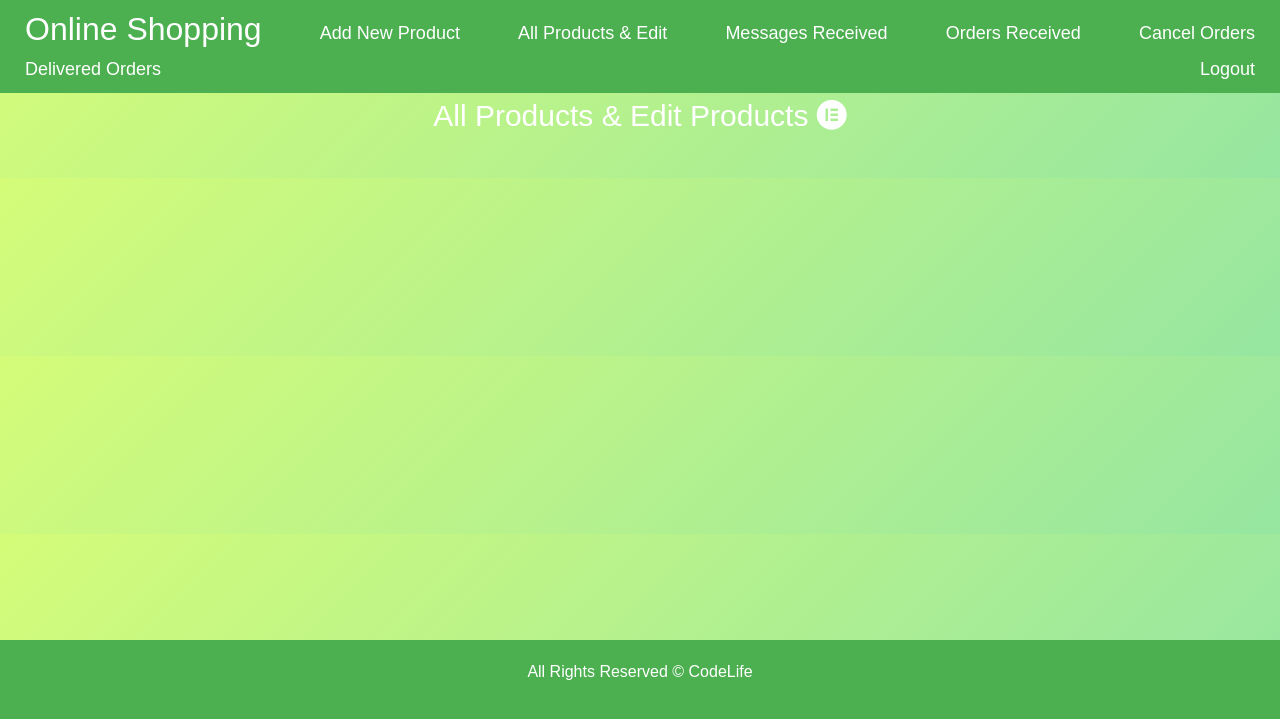
Repository: Dineshbabu290904/DigiMart
Page: http://localhost/DigiMart/admin/allProductEditProduct.jsp
An editor plug-in stored every save of this project. The page is shown before and after the next save, followed by the edit.
The browser window is 1280 px wide. The pictures show the whole page.
Some web libraries are served in a nearby version. The page is served by Tomcat 9. Queries for data that is not in the repository find no rows.

Above is the page before, as saved 2024-10-16 16:25:44.

After the next save:
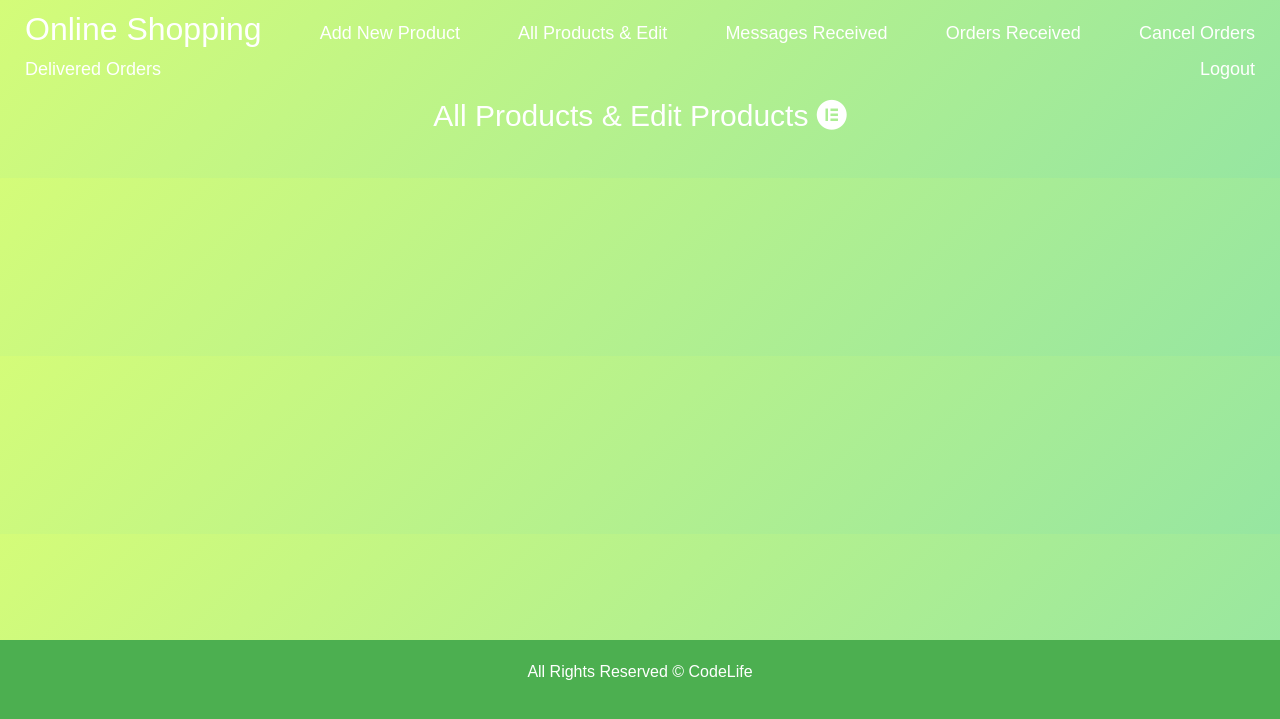
Saved 2 min 2 s later.
--- a/DigiMart/src/main/webapp/admin/adminHeader.jsp
+++ b/DigiMart/src/main/webapp/admin/adminHeader.jsp
@@ -13,7 +13,7 @@
             background: linear-gradient(135deg, #d4fc79 0%, #96e6a1 100%); /* Light green gradient */
         }
         .navbar {
-            background-color: #4caf50; /* Green background for navbar */
+            background-color: linear-gradient(135deg, #a8e6cf, #d0eaff, #ffccd5);
             padding: 10px; /* Padding around navbar */
         }
         .navbar a {

After the save that followed:
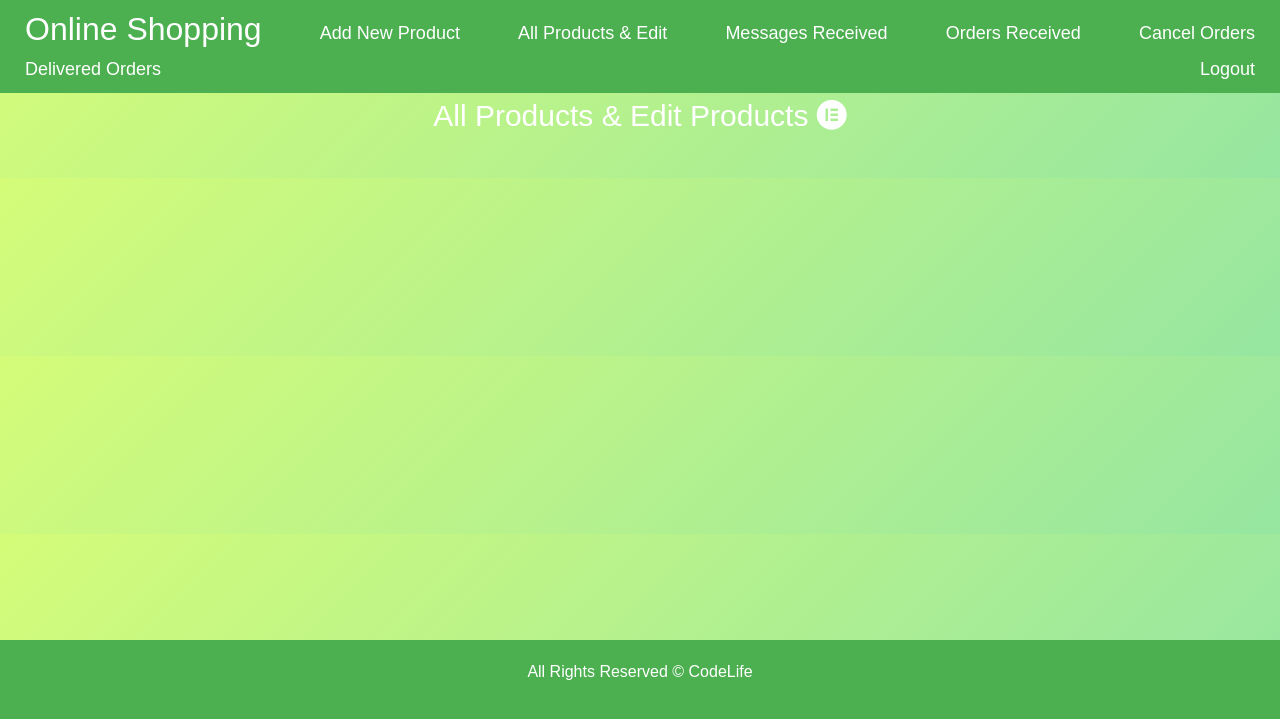
Saved 18 s later.
--- a/DigiMart/src/main/webapp/admin/adminHeader.jsp
+++ b/DigiMart/src/main/webapp/admin/adminHeader.jsp
@@ -13,7 +13,7 @@
             background: linear-gradient(135deg, #d4fc79 0%, #96e6a1 100%); /* Light green gradient */
         }
         .navbar {
-            background-color: linear-gradient(135deg, #a8e6cf, #d0eaff, #ffccd5);
+            background-color: #4caf50; /* Green background for navbar */
             padding: 10px; /* Padding around navbar */
         }
         .navbar a {
